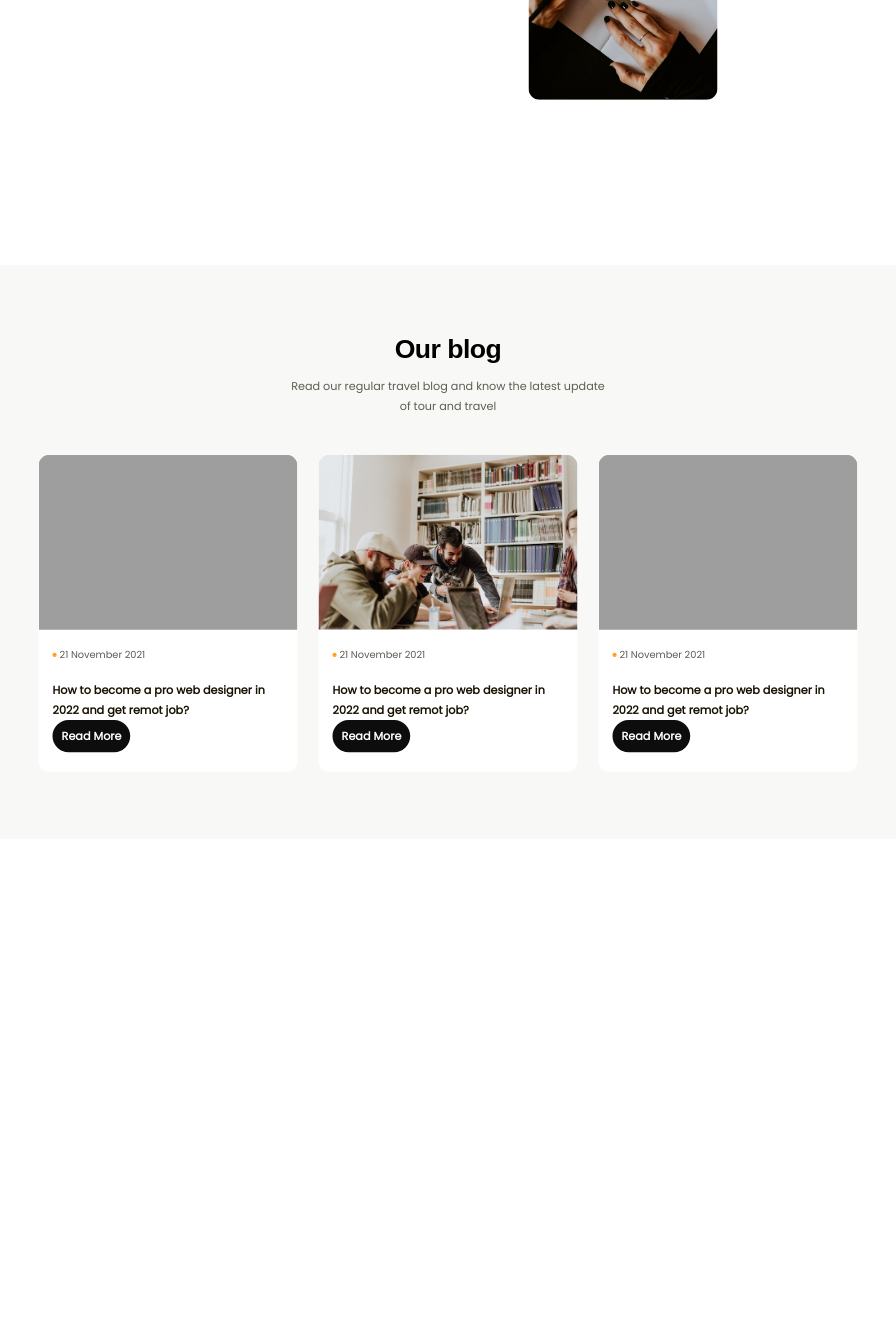
Repository: nguyendonghieu1011-png/figma-to-html1
Page: index.html
An editor plug-in stored every save of this project. The page is shown before and after the next save, followed by the edit.
The browser window is 1280 px wide. The pictures show the part of the page from y = 3431 to 5351 px (the page is 10000 px tall), at 70% of full size.
Pictures or frames that could not be fetched are drawn as grey boxes. A picture or video elsewhere on the page could not be fetched, so the positions and the page height are approximate. Some web fonts or font styles are not loaded; a fallback is used. Some web libraries are served in a nearby version.

Above is the page before, as saved 2026-01-06 18:46:07.

After the next save:
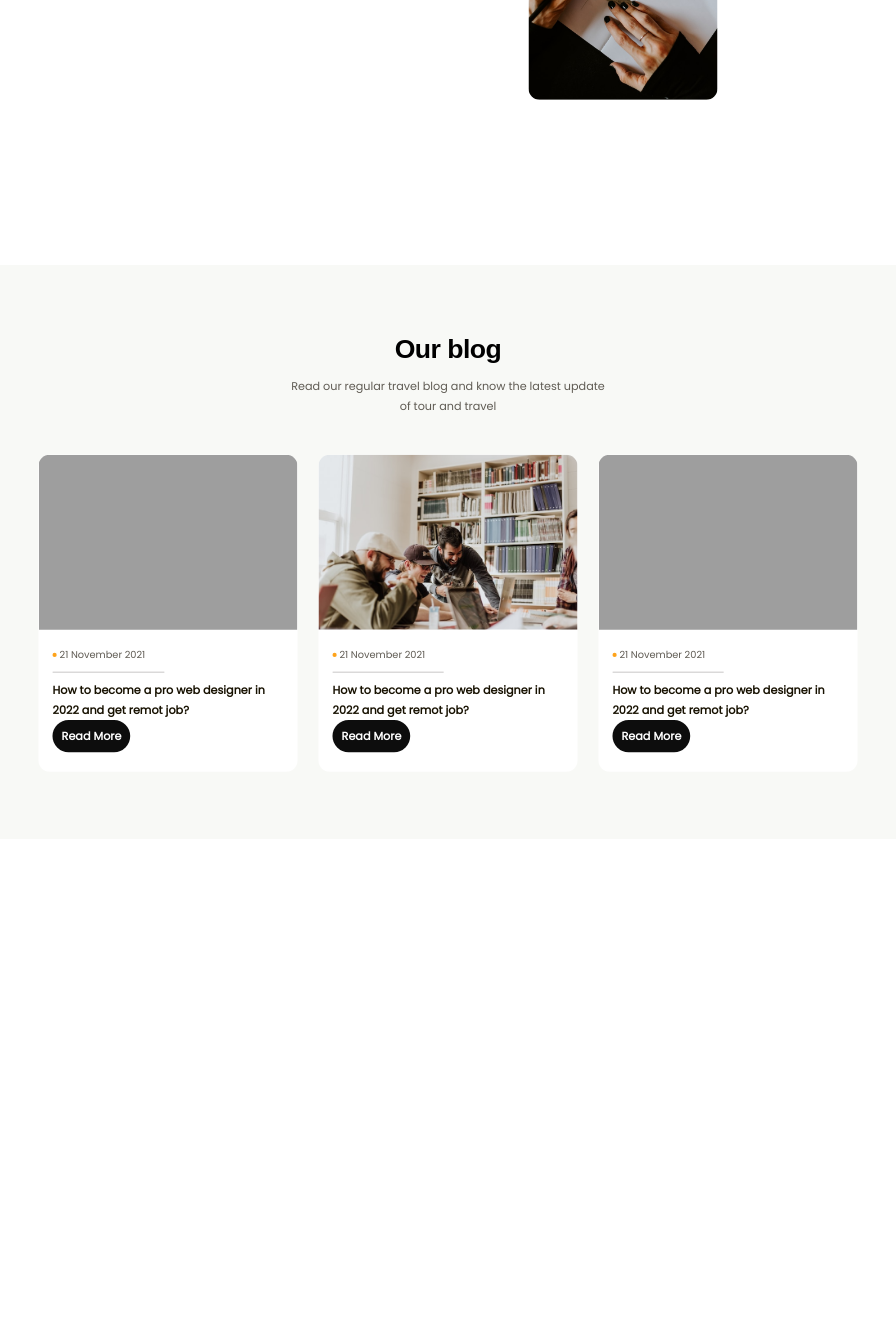
Saved 21 s later.
--- a/assets/css/style.css
+++ b/assets/css/style.css
@@ -611,10 +611,14 @@ a {
 
 .blog .info .date::after {
   position: absolute;
-  background-color: #c92d2d;
+  background-color: #b6b4b4;
   content: "";
   height: 1px;
-
+  left: 0;
+  bottom: 0;
+  right: -27px;
+  display: inline-block;
+ border-radius: 0.5px;
 }
 
 .blog .info h3 {
